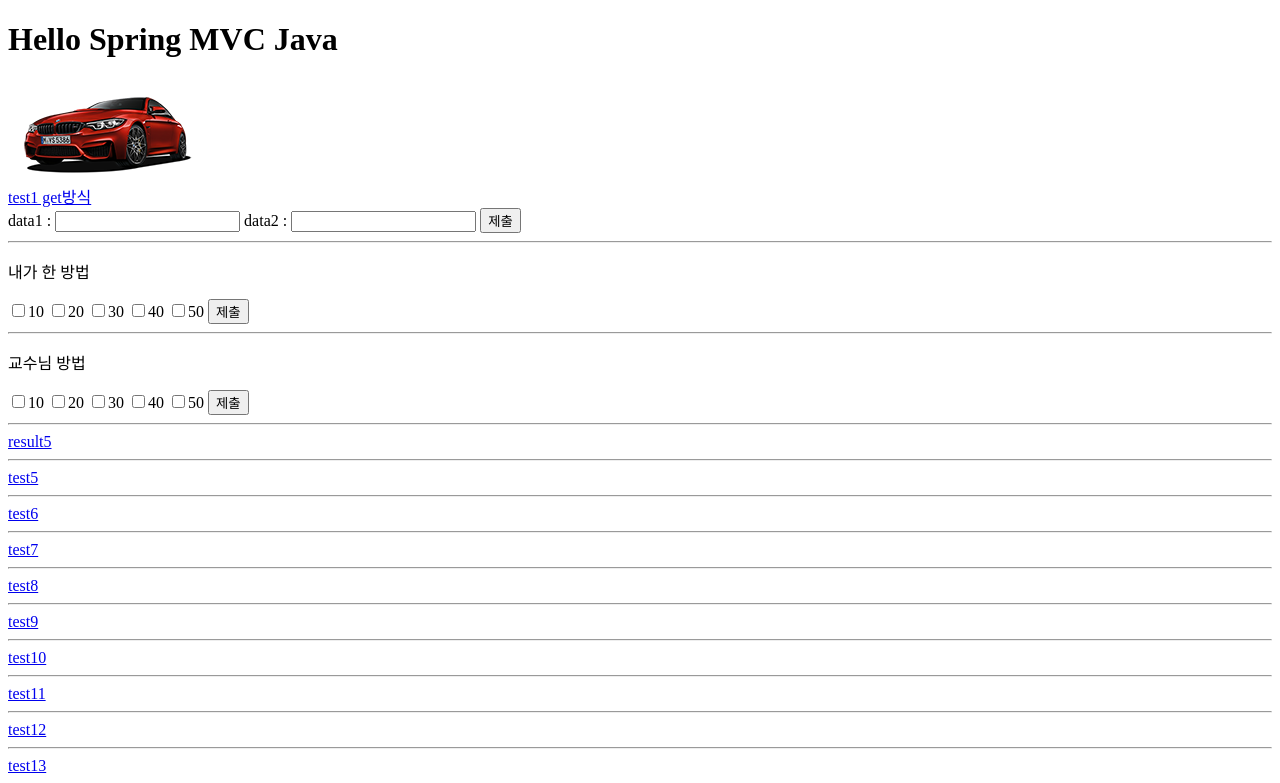
Repository: kangseongwuk/Spring
Page: http://localhost/WebSpringSample3_parameter/WEB-INF/views/index.jsp
The author's editor kept a copy of each file at every save. The page is drawn from the files as they stood at one save, then again after the next save.
The browser window is 1280 px wide. The pictures show the whole page.
The page is served by Tomcat 9. Nobody is signed in. The template is opened directly, without the code that normally fills it, so the values that code supplies are empty.

Above is the page before, as saved 2022-10-11 07:35:54.
Console error: TypeError: Cannot read properties of null (reading 'checked')

After the next save:
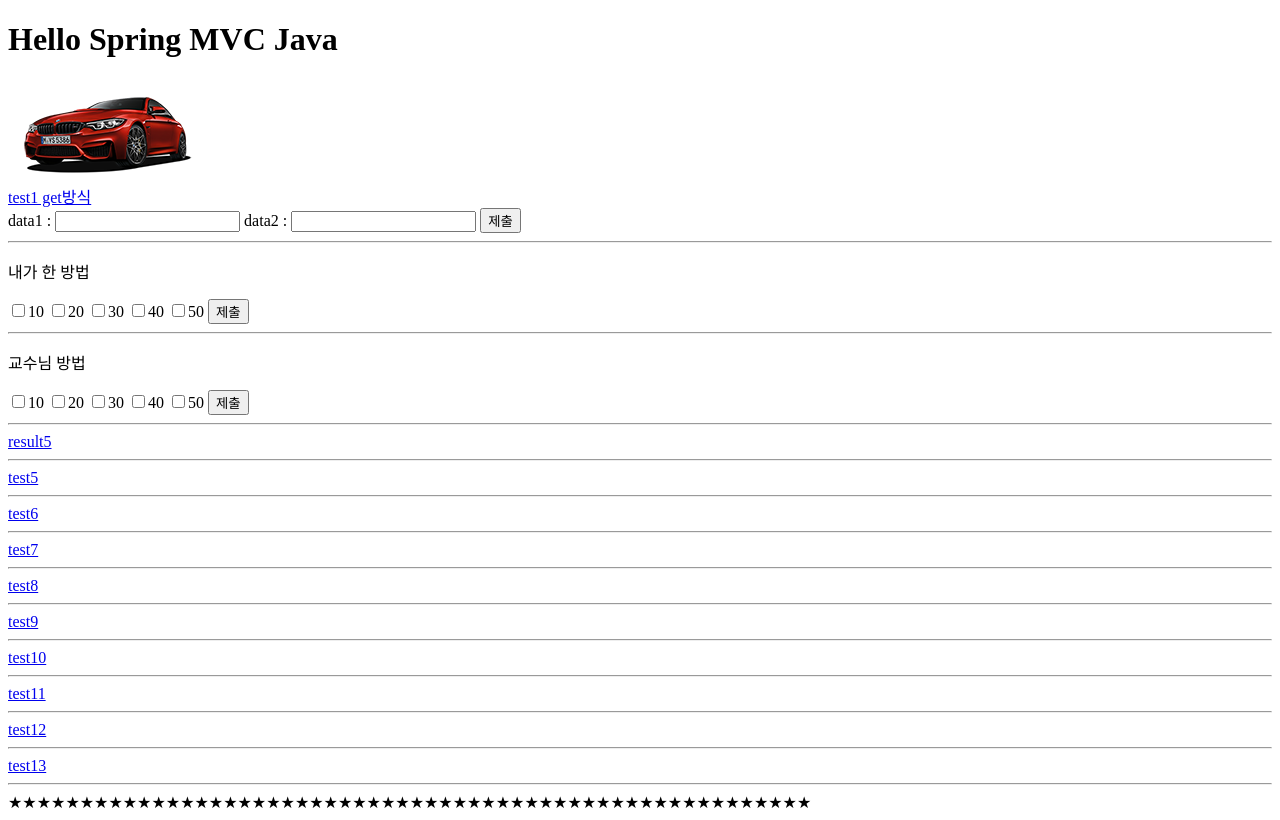
Saved 46 s later.
--- a/WebSpringSample3_parameter/src/main/webapp/WEB-INF/views/index.jsp
+++ b/WebSpringSample3_parameter/src/main/webapp/WEB-INF/views/index.jsp
@@ -79,6 +79,9 @@
 	<a href="test12?data1=100&data2=200&data3=300">test12</a>
 	<hr>
 	<a href="test13?data1=100&data2=200&data2=300&data2=400">test13</a>
+	<hr>
+	<span>★★★★★★★★★★★★★★★★★★★★★★★★★★★★★★★★★★★★★★★★★★★★★★★★★★★★★★★★</span>
+
 
 
 </body>
